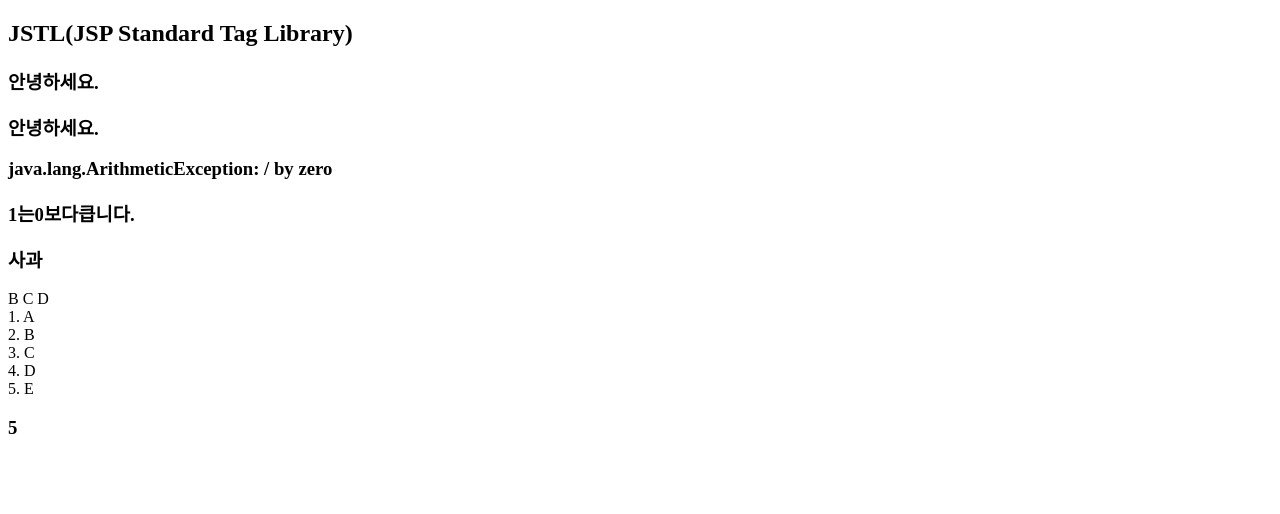
Repository: daehyuk1231/lect_labs_java
Page: http://localhost/java_web/jstl.jsp
These files come from the project's save history. The page is drawn as it stood at one moment and after the next save; the edit follows.
The browser window is 1280 px wide. The pictures show the whole page.
The page is served by Tomcat 10.

Above is the page before, as saved 2025-08-18 00:39:28.

After the next save:
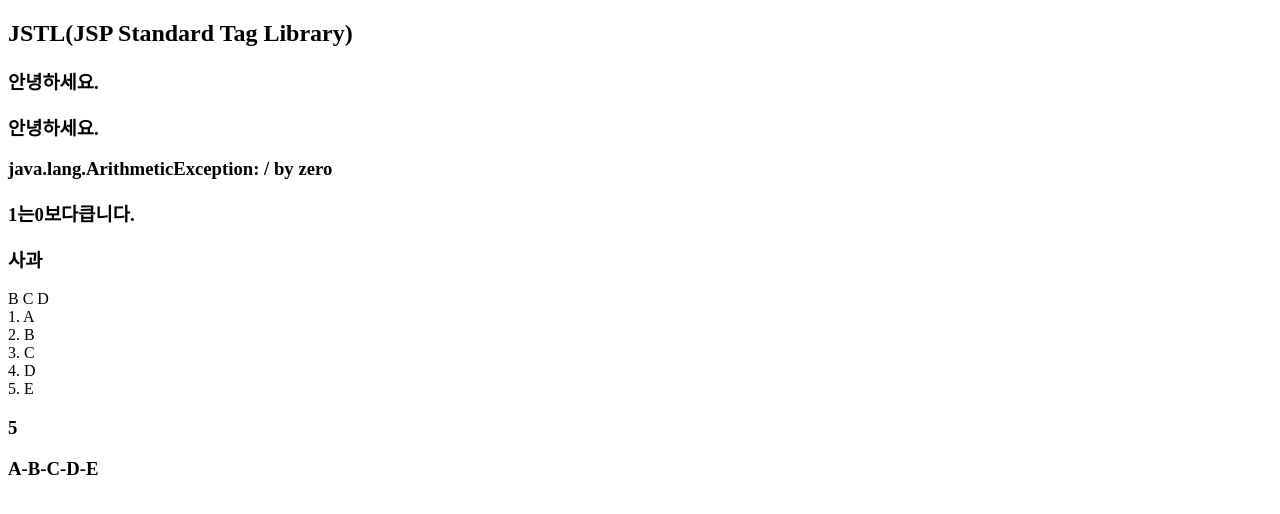
Saved 71 s later.
--- a/java_web/src/main/webapp/jstl.jsp
+++ b/java_web/src/main/webapp/jstl.jsp
@@ -54,5 +54,6 @@
 	</c:forEach>
 
 	<h3>${ fn:length(list) }</h3>
+	<h3>${ fn:replace("A,B,C,D,E", ",", "-") }</h3>
 </body>
 </html>
